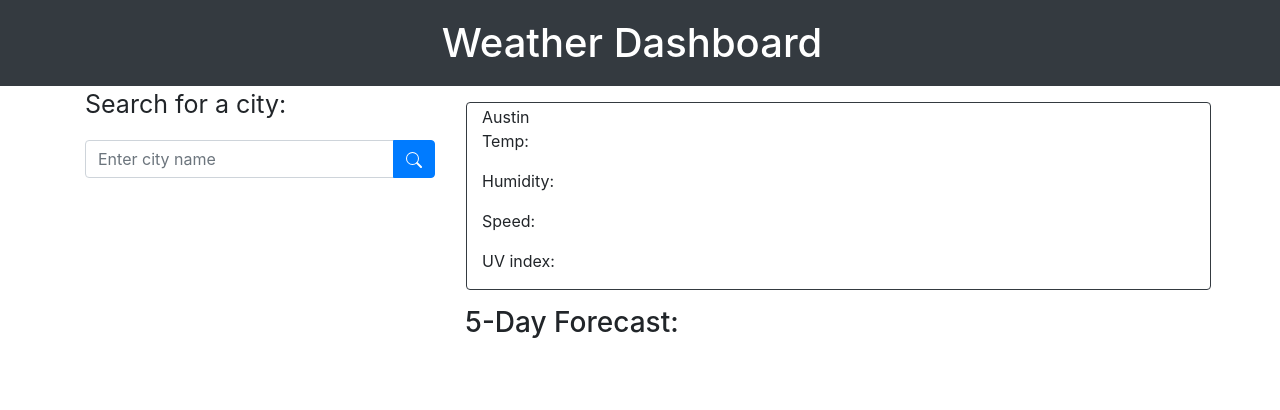
Repository: himaja830/Weather-Dashboard
Page: index.html
These files come from the project's save history. The page is drawn as it stood at one moment and after the next save; the edit follows.
The browser window is 1280 px wide. The pictures show the whole page.
Some web libraries are served in a nearby version.

Above is the page before, as saved 2020-06-27 15:04:06.

### index.html
<!DOCTYPE html>
<html lang="en">

<head>
    <meta charset="UTF-8">
    <meta name="viewport" content="width=device-width, initial-scale=1.0">
    <title>Weather Dashboard</title>
    <link rel="stylesheet" href="https://stackpath.bootstrapcdn.com/bootstrap/4.5.0/css/bootstrap.min.css"
        integrity="sha384-9aIt2nRpC12Uk9gS9baDl411NQApFmC26EwAOH8WgZl5MYYxFfc+NcPb1dKGj7Sk" crossorigin="anonymous">
    <link rel="stylesheet" href="assets/style.css">
</head>

<body>
    <nav class="navbar navbar-dark bg-dark">
        <span class="navbar-brand mb-0 h1 w-100 text-center">Weather Dashboard</span>
    </nav>
    <div class="container">
        <div class="row">
            <div class="col-4">
                <p class="searchHeader">Search for a city:</p>
                <div class="input-group mb-3">
                    <input id="city-input" type="text" class="form-control" placeholder="Enter city name"
                        aria-label="Enter city name">
                    <div class="input-group-append">
                        <button class="btn btn-primary" type="button" id="button-addon2">
                            <svg width="1em" height="1em" viewBox="0 0 16 16" class="bi bi-search" fill="currentColor"
                                xmlns="http://www.w3.org/2000/svg">
                                <path fill-rule="evenodd"
                                    d="M10.442 10.442a1 1 0 0 1 1.415 0l3.85 3.85a1 1 0 0 1-1.414 1.415l-3.85-3.85a1 1 0 0 1 0-1.415z" />
                                <path fill-rule="evenodd"
                                    d="M6.5 12a5.5 5.5 0 1 0 0-11 5.5 5.5 0 0 0 0 11zM13 6.5a6.5 6.5 0 1 1-13 0 6.5 6.5 0 0 1 13 0z" />
                            </svg>
                        </button>
                    </div>
                </div>
                <form id="searchHistory"></form>
            </div>
            <div class="col-8">
                <div class="row mr-0">
                    <div class="col-12 border border-dark m-3 rounded">
                        <div class="row">
                            <div class="col-12">
                                <span id="city-name" class="city-name align-middle">Austin</span>
                             </div>
                        </div>
                        <div class="row">
                            <div class="col-12">
                                <p id="temperature">Temp:</p>
                            </div>
                        </div>
                        <div class="row">
                            <div class="col-12">
                                <p id="humidity">Humidity:</p>
                            </div>
                        </div>
                        <div class="row">
                            <div class="col-12">
                                <p id="wind-speed">Speed:</p>
                            </div>
                        </div>
                        <div class="row">
                            <div class="col-12 d-flex">
                                <p id="UV-index">UV index:</p>
                            </div>
                        </div>
                    </div>
                </div>
                <div class="row">
                    <div class="col-12">
                        <h3>5-Day Forecast:</h3>
                    </div>
                </div>
                <div class="row">
                    <div class="col forecast bg-primary text-white ml-3 mb-3 rounded"></div>
                    <div class="col forecast bg-primary text-white ml-3 mb-3 rounded"></div>
                    <div class="col forecast bg-primary text-white ml-3 mb-3 rounded"></div>
                    <div class="col forecast bg-primary text-white ml-3 mb-3 rounded"></div>
                    <div class="col forecast bg-primary text-white ml-3 mb-3 rounded"></div>
                </div>
            </div>
        </div>
    </div>
    <script src="https://cdnjs.cloudflare.com/ajax/libs/jquery/3.2.1/jquery.min.js"></script>
    <script src="assets/script.js"></script>
</body>

</html>

### assets/style.css
.navbar-brand{
    font-size:40px;
}
.searchHeader{
    font-size: 25px;
}

### assets/script.js
$(document).ready(function(){
//getWeatherData function re-renders the HTMLto display the appropriate content
function getWeatherData(){
var cityName = $("#city-input");
var APIkey = "bb43f41b7ee7fd144353daa5cfbf158d";
var queryURL = "https://api.openweathermap.org/data/2.5/weather?" +
      "q="+cityName+"&cnt={6}&appid=" + APIKey;

//Creating an AJAX call forthe specific movie button being clicked
$.ajax({
    url: queryURL,
    method: "GET"
}).then(function(response){
    console.log(response);
})




    }

})

After the next save:
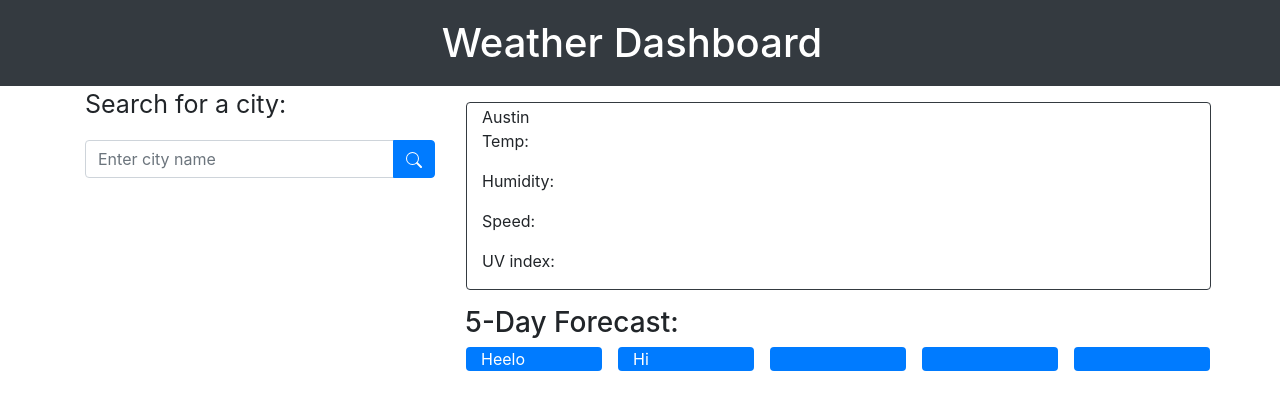
Saved 37 s later.
--- a/index.html
+++ b/index.html
@@ -71,8 +71,8 @@
                     </div>
                 </div>
                 <div class="row">
-                    <div class="col forecast bg-primary text-white ml-3 mb-3 rounded"></div>
-                    <div class="col forecast bg-primary text-white ml-3 mb-3 rounded"></div>
+                    <div class="col forecast bg-primary text-white ml-3 mb-3 rounded"> Heelo</div>
+                    <div class="col forecast bg-primary text-white ml-3 mb-3 rounded">Hi</div>
                     <div class="col forecast bg-primary text-white ml-3 mb-3 rounded"></div>
                     <div class="col forecast bg-primary text-white ml-3 mb-3 rounded"></div>
                     <div class="col forecast bg-primary text-white ml-3 mb-3 rounded"></div>
